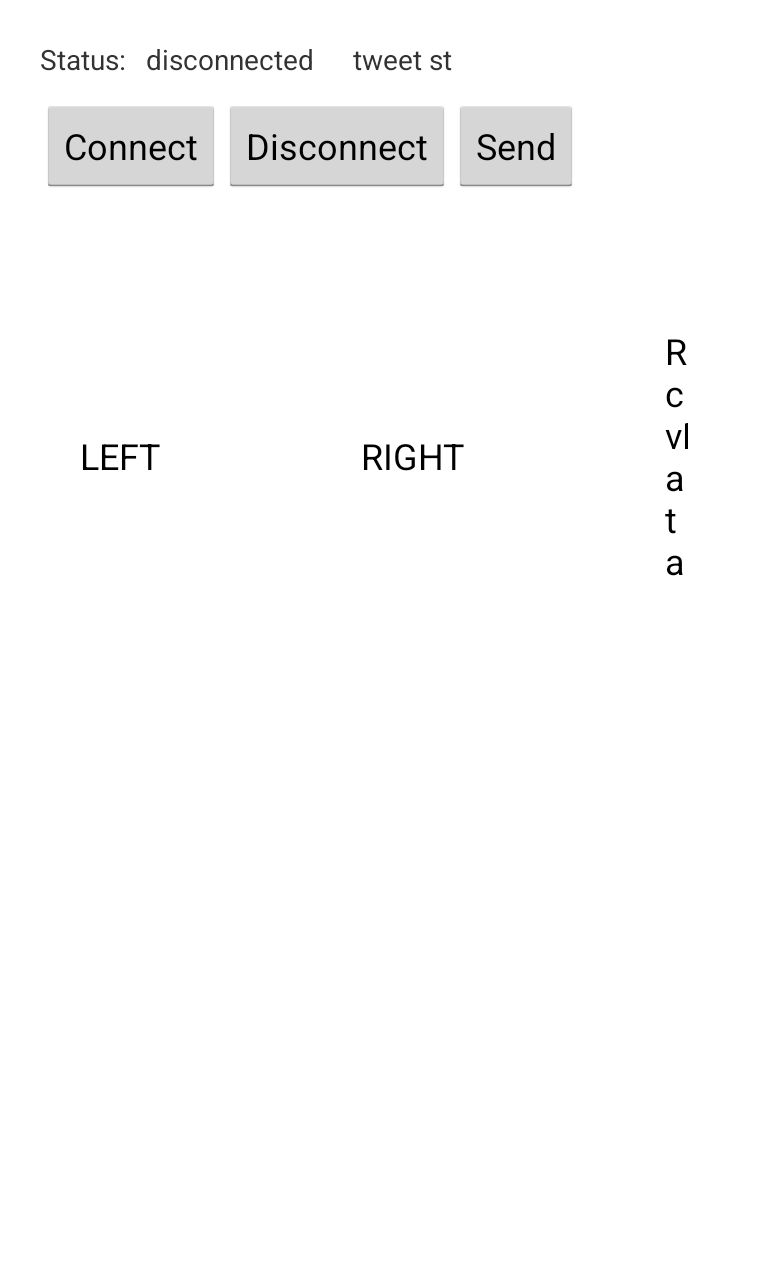
Repository: bigw00d/BleSampleRep
Layout: Android/BleSample2/res/layout/activity_main.xml
The author's editor kept a copy of each file at every save. The layout is drawn from the files as they stood at one save, then again after the next save.
It is drawn on a 768 x 1280 px phone screen (xhdpi) without system bars, with theme AppTheme; the app's code is not run.

Above is the layout before, as saved 2015-10-03 07:23:38.

After the next save:
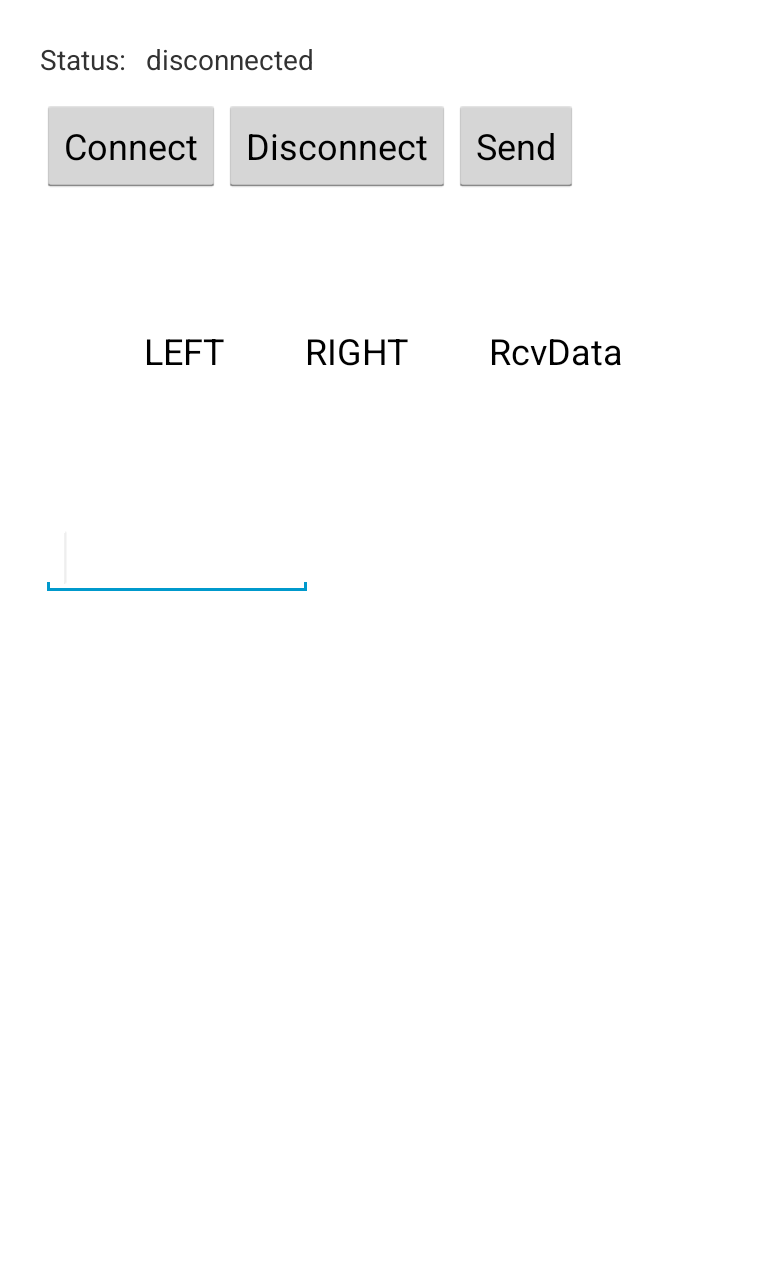
Saved 5 min 22 s later.
--- a/Android/BleSample2/res/layout/activity_main.xml
+++ b/Android/BleSample2/res/layout/activity_main.xml
@@ -57,10 +57,6 @@
             android:text="LEFT"
             android:textAppearance="?android:attr/textAppearanceMedium" />
 
-        <View
-            android:layout_width="60dp"
-            android:layout_height="match_parent" />
-
         <TextView
             android:id="@+id/right"
             android:layout_width="wrap_content"
@@ -69,10 +65,6 @@
             android:padding="20dp"
             android:text="RIGHT"
             android:textAppearance="?android:attr/textAppearanceMedium" />
-
-        <View
-            android:layout_width="60dp"
-            android:layout_height="match_parent" />
 
         <TextView
             android:id="@+id/rcv_data"
@@ -93,12 +85,17 @@
         android:layout_toRightOf="@+id/btn_disconnect"
         android:text="Send" />
 
-    <TextView
-        android:id="@+id/tweet_text"
+    <EditText
+        android:id="@+id/editText1"
         android:layout_width="wrap_content"
         android:layout_height="wrap_content"
-        android:layout_alignBottom="@+id/text_status"
-        android:layout_toLeftOf="@+id/btn_send"
-        android:text="tweet st" />
+        android:layout_alignRight="@+id/text_status"
+        android:layout_below="@+id/linearLayout1"
+        android:layout_marginTop="52dp"
+        android:ems="10"
+        android:inputType="textMultiLine" >
+
+        <requestFocus />
+    </EditText>
 
 </RelativeLayout>
